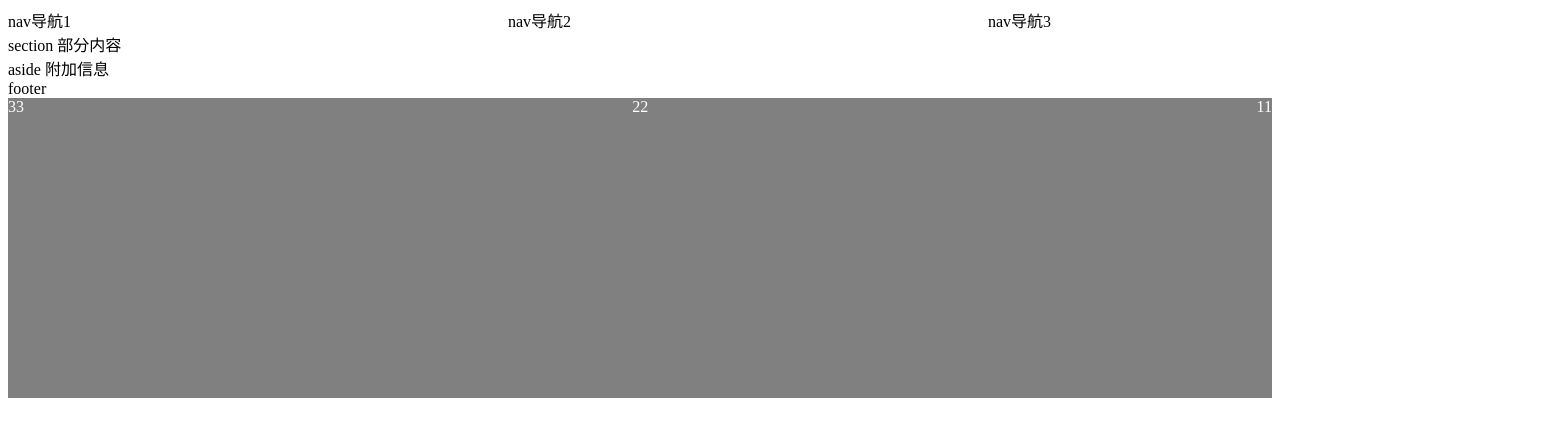
Repository: huangjianeng/front-end-study
Page: vue原理/html/flex.html
An editor plug-in stored every save of this project. The page is shown before and after the next save, followed by the edit.
The browser window is 1280 px wide. The page is 1468 px wide, then 1568 px, so the pictures cover 1568 px, including what lies to the right of the window. The pictures show the whole page.

Above is the page before, as saved 2020-07-31 11:48:13.

After the next save:
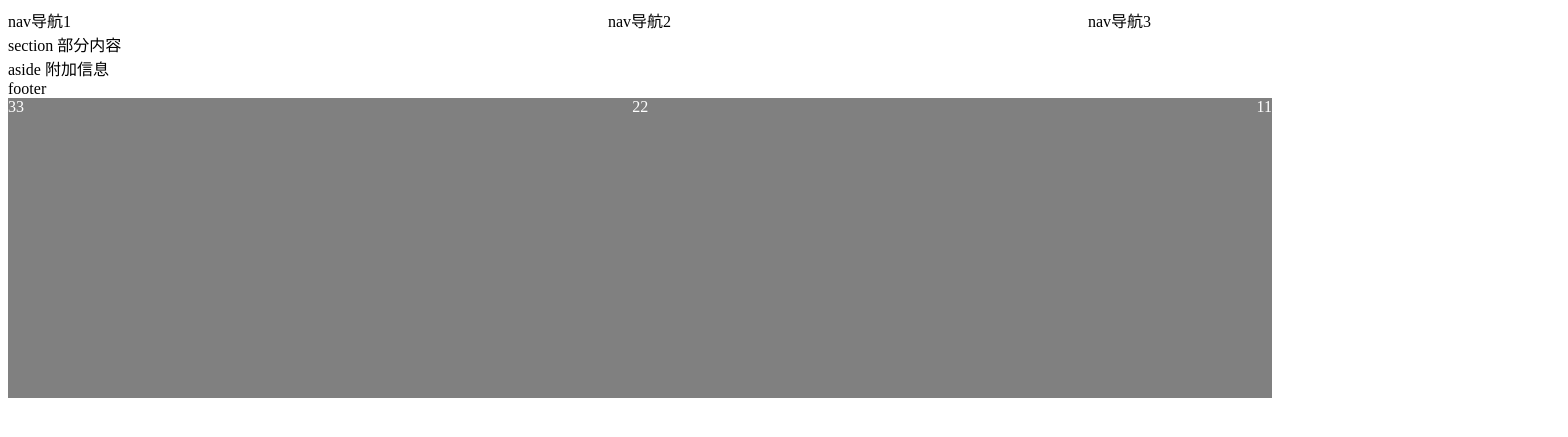
Saved 7 s later.
--- a/vue原理/html/flex.html
+++ b/vue原理/html/flex.html
@@ -22,7 +22,7 @@
         width: 480px;
     }
     nav:nth-child(1){
-        flex-basis: 500px;
+        flex-basis: 600px;
     }
     .flex-wrap{
         width: 100%;
